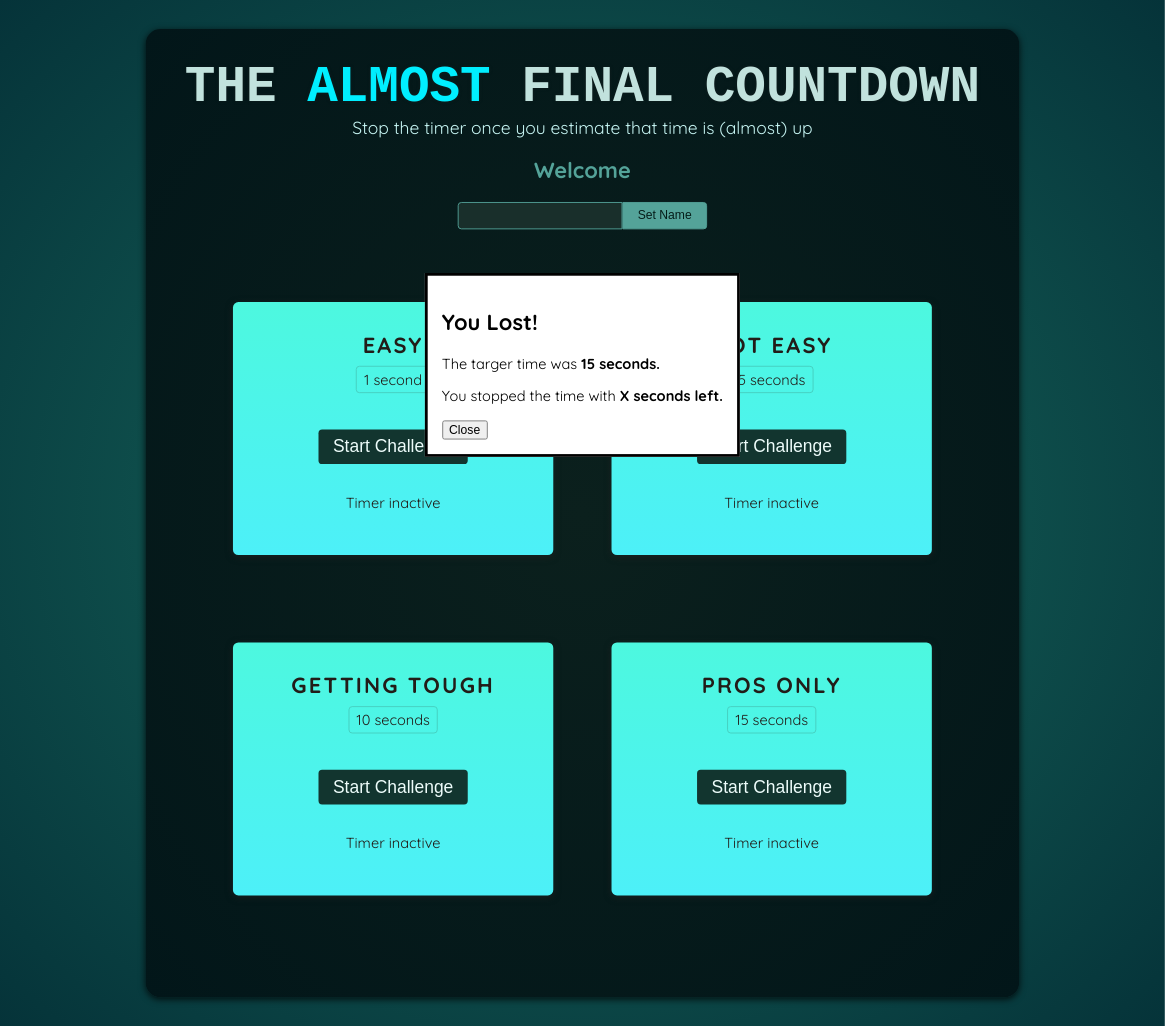
Repository: H-ala/react-near-end
Page: /
These files come from the project's save history. The page is drawn as it stood at one moment and after the next save; the edit follows.
The browser window is 1280 px wide. The pictures show the whole page, at 91% of full size.
Some web fonts or font styles are not loaded; a fallback is used. The project was rebuilt for these pictures with package versions that can differ from the ones it lists, and the page was loaded fresh each time. Also part of the build but not shown: vite.config.js.

Above is the page before, as saved 2025-09-26 16:31:27.

### src/App.jsx
import Player from './components/Player.jsx';
import TimerChallenge from './components/TimerChallenge.jsx';

function App() {
  return (
    <>
      <Player />
      <div id="challenges">
        <TimerChallenge title="Easy" targetTime={1} />
        <TimerChallenge title="Not easy" targetTime={5} />
        <TimerChallenge title="Getting tough" targetTime={10} />
        <TimerChallenge title="Pros Only" targetTime={15} />
      </div>
    </>
  );
}

export default App;

### src/components/Player.jsx
import { useState, useRef } from "react";

export default function Player() {
  const playerName = useRef();
  const [enteredPlayerName, setEnteredPlayerName] = useState("");

  function handleClick() {
    setEnteredPlayerName(playerName.current.value);
    playerName.current.value = "";
  }

  return (
    <section id="player">
      <h2>Welcome {enteredPlayerName ?? "unknown entity"}</h2>
      <p>
        <input
          ref={playerName}
          type="text"
        />
        <button onClick={handleClick}>Set Name</button>
      </p>
    </section>
  );
}

### src/components/TimerChallenge.jsx
import { useState, useRef } from "react";
import ResultModal from "./ResultModal";

export default function TimerChallenge({ title, targetTime }) {
  const [timerStarted, setTimerStarted] = useState(false);
  const [timerExpired, setTimerExpired] = useState(false);
  const timer = useRef();

  function handleStart() {
    timer.current = setTimeout(() => {
      setTimerExpired(true);
    }, targetTime * 1000);

    setTimerStarted(true);
  }

  function handleStop() {
    clearTimeout(timer.current);
  }

  return (
    <>
      <ResultModal targetTime={targetTime} result="Lost" />
      <section className="challenge">
        <h2>{title}</h2>
        <p className="challenge-time">
          {targetTime} second{targetTime > 1 ? "s" : ""}
        </p>
        <p>
          <button onClick={timerStarted ? handleStop : handleStart}>
            {timerStarted ? "Stop" : "Start"} Challenge
          </button>
        </p>
        <p className={timerStarted ? "active" : undefined}>
          {timerStarted ? "Time is running..." : "Timer inactive"}
        </p>
      </section>
    </>
  );
}

### src/components/ResultModal.jsx
export default function ResultModal({ result, targetTime }) {
  return (
    //result_modal
      <dialog open>
        <h2>You {result}!</h2>
      <p>
        The targer time was <strong>{targetTime} seconds. </strong>
      </p>
      <p>
        You stopped the time with <strong>X seconds left.</strong>
      </p>
      <form action="dialog">
        <button>Close</button>
      </form>
    </dialog>
  );
}

Loaded but not shown: index.html (common file); src/main.jsx (common file); src/index.css (common file)

After the next save:
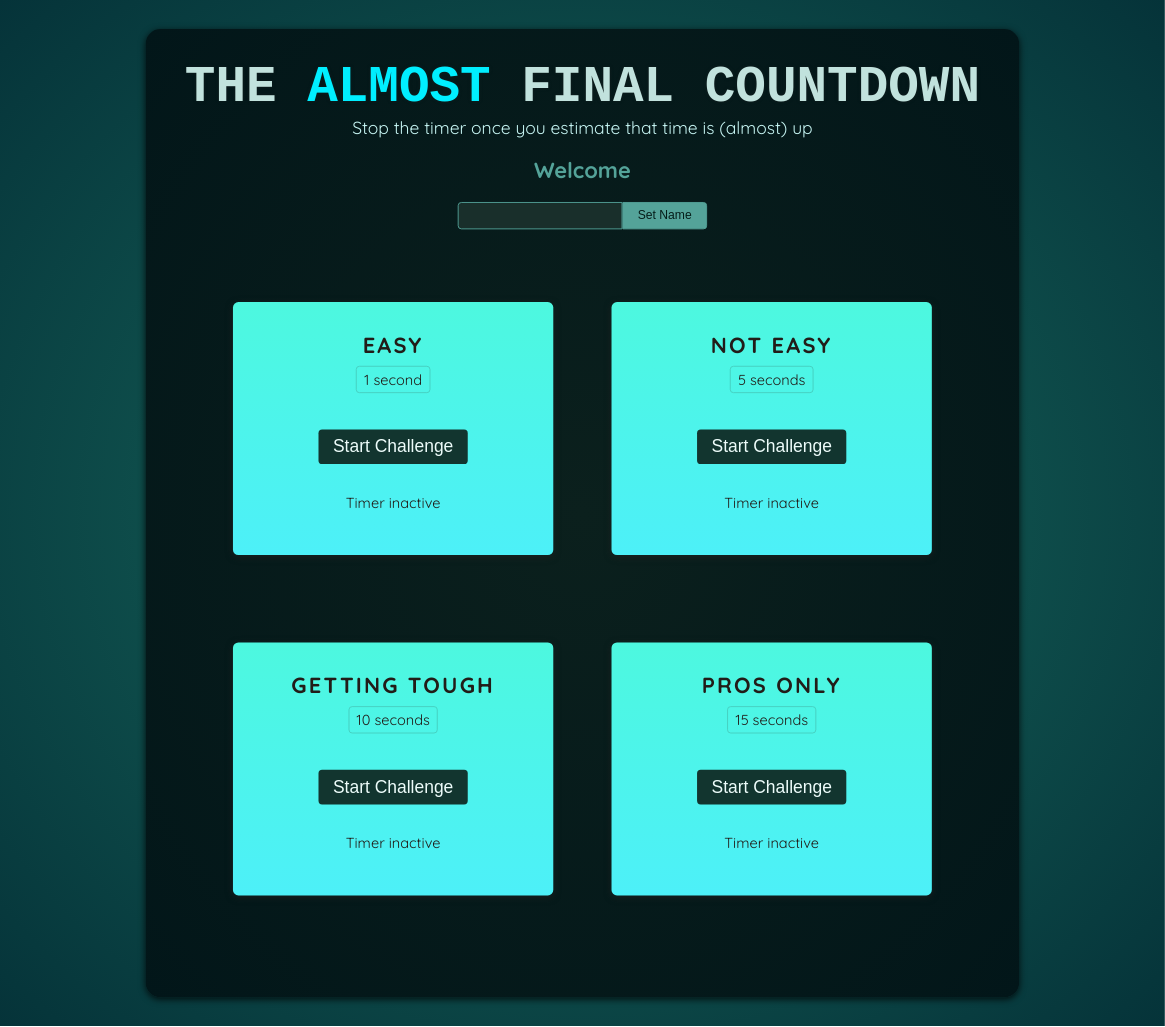
Saved 37 s later.
--- a/src/components/ResultModal.jsx
+++ b/src/components/ResultModal.jsx
@@ -1,7 +1,7 @@
 export default function ResultModal({ result, targetTime }) {
   return (
     //result_modal
-      <dialog open>
+      <dialog >
         <h2>You {result}!</h2>
       <p>
         The targer time was <strong>{targetTime} seconds. </strong>

After the save that followed:
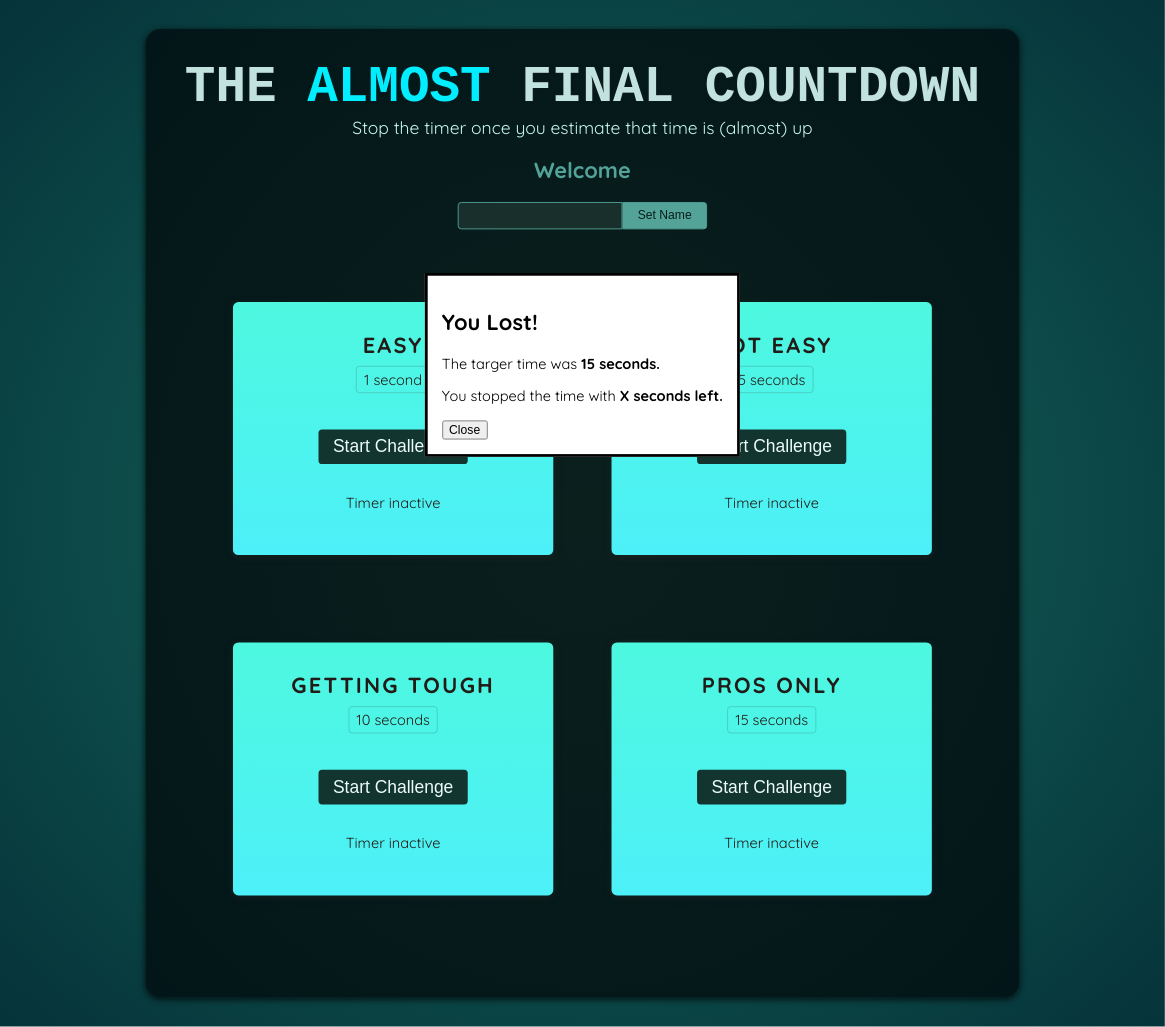
Saved 12 s later.
--- a/src/components/ResultModal.jsx
+++ b/src/components/ResultModal.jsx
@@ -1,7 +1,7 @@
 export default function ResultModal({ result, targetTime }) {
   return (
     //result_modal
-      <dialog >
+      <dialog open>
         <h2>You {result}!</h2>
       <p>
         The targer time was <strong>{targetTime} seconds. </strong>
